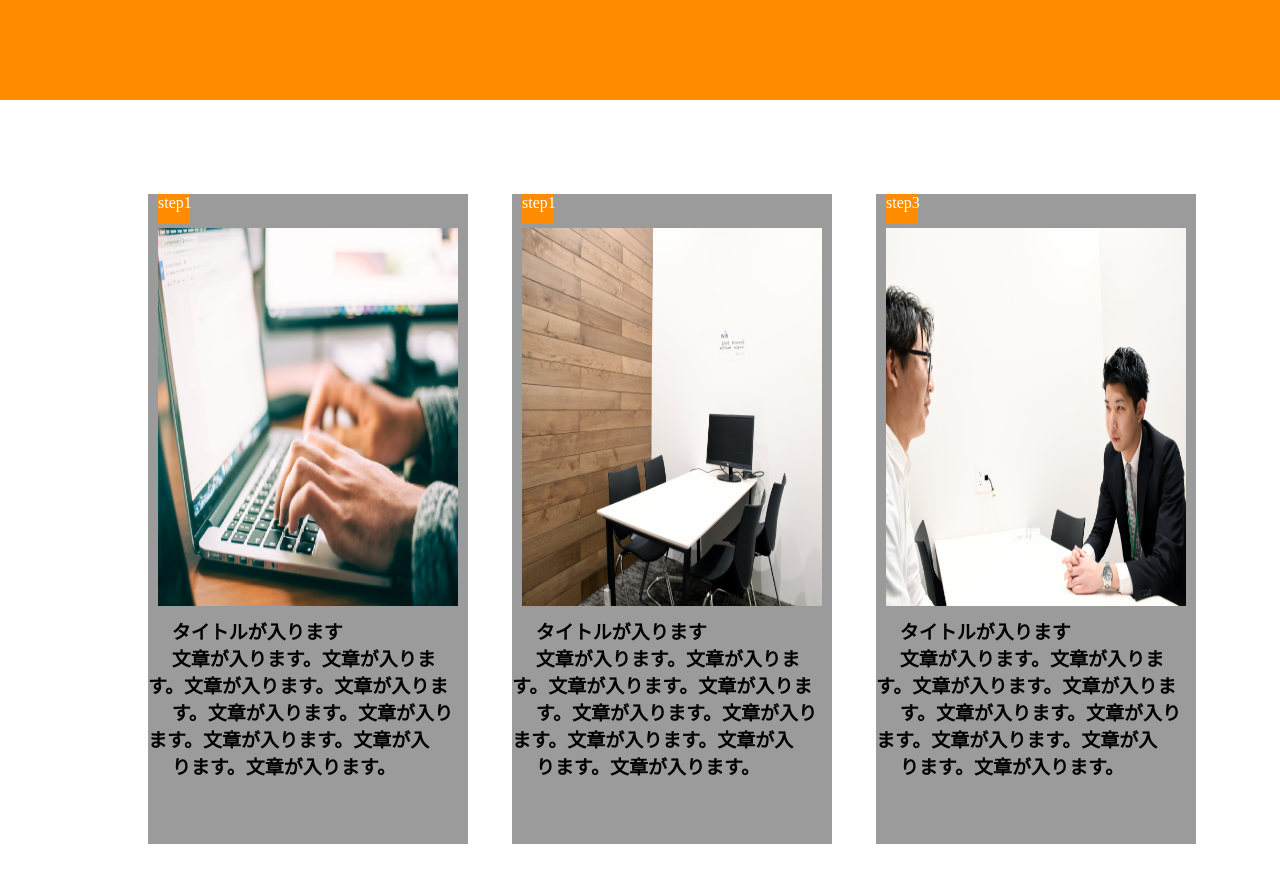
Repository: shiotaryuto/kadai1-10
Page: 課題/課題.html
The author's editor kept a record of every edit. The page is drawn from the files as they stood at one moment, then again after the next edit.
The browser window is 1280 px wide. The pictures show the whole page.
Some web libraries are served in a nearby version.

Above is the page before.

### 課題/課題.html
<!DOCTYPE html>
<html lang="ja">
  <head>
    <meta charset="UTF-8" />
    <meta name="viewport" content="width=device-width,initial-scale=1.0">
    <script src="https://kit.fontawesome.com/35efbb9d9d.js" crossorigin="anonymous"></script>
    <link rel="stylesheet" href="style.css" />
    <title>課題提出</title>
  </head>

  <body>
    <header></header>

　<main>
　    <div class="step1">
　      <img class="step1-img" src="img/flow01.png" />
　    <div class="step1-heading">step1</div>
　     <div class="step1-item">
　        <h3 class="step1-text-heading">
　          タイトルが入ります</br>
　          文章が入ります。文章が入ります。文章が入ります。文章が入りま
　          す。文章が入ります。文章が入ります。文章が入ります。文章が入
　          ります。文章が入ります。
　          </h2>
　        </h3>
　      </div>
　    </div>

　     <div class="step2">
　      <img class="step2-img" src="img/flow02.png" />
　    <div class="step2-heading">step1</div>
　     <div class="step2-item">
　        <h3 class="step2-text-heading">
　          タイトルが入ります</br>
　          文章が入ります。文章が入ります。文章が入ります。文章が入りま
　          す。文章が入ります。文章が入ります。文章が入ります。文章が入
　          ります。文章が入ります。
　          </h2>
　        </h3>
　      </div>
　    </div>

　     <div class="step3">
　      <img class="step3-img" src="img/flow03.png" />
　    <div class="step3-heading">step3</div>
　     <div class="step3-item">
　        <h3 class="step3-text-heading">
　          タイトルが入ります</br>
　          文章が入ります。文章が入ります。文章が入ります。文章が入りま
　          す。文章が入ります。文章が入ります。文章が入ります。文章が入
　          ります。文章が入ります。
　          </h2>
　        </h3>
　      </div>
　    </div>


　</main>
  </body>

### 課題/style.css
* {
  margin: 0;
  padding: 0;
  box-sizing: border-box;
  color: #6c6b6b;
}

a{
  text-decoration: none;
}

header{
  width: 100%;
  padding: 50px;
  background-color: #ff8c00;
}

main{
  width: 100%;
  margin-top: 50px;
  margin-bottom: 50px;
}

.step1{
  position: relative;
  display: inline-block;
  width: 25%;
  height: 650px;
  margin-left: 10%;
text-align: center;
padding: 10px;
  background-color: #9c9b9b;
}
.step1-heading{
  position: absolute;
width: 10%;
height: 30px;
top: 0;
  background-color: #ff8c00;
  color: white;
}

.step1-img{
  width: 100%;
  height: 60%;
}

.step1-item{
 width: 100%;
 left: 0;
}

.step1-text-heading{
  position: absolute;
  text-align: left;
  width: 100%;
  top: 65%;
  left: 0;
  font-size: 19px;
  color: black;
}

.step2{
  position: relative;
  display: inline-block;
  width: 25%;
  height: 650px;
  margin-top: 20px;
text-align: center;
padding: 10px;
  background-color: #9c9b9b;
}

.step2-heading{
  position: absolute;
width: 10%;
height: 30px;
top: 0;
  background-color: #ff8c00;
  color: white;
}

.step2-img{
  width: 100%;
  height: 60%;
}

.step2-item{
 width: 100%;
 left: 0;
}

.step2-text-heading{
  position: absolute;
  text-align: left;
  width: 100%;
  top: 65%;
  left: 0;
  font-size: 19px;
  color: black;
}

.step3{
  position: relative;
  display: inline-block;
  width: 25%;
  height: 650px;
  margin-top: 20px;
text-align: center;
padding: 10px;
  background-color: #9c9b9b;
}

.step3-heading{
  position: absolute;
width: 10%;
height: 30px;
top: 0;
  background-color: #ff8c00;
  color: white;

}

.step3-img{
  width: 100%;
  height: 60%;
}


.step3-item{
 width: 100%;
 left: 0;
}

.step3-text-heading{
  position: absolute;
  text-align: left;
  width: 100%;
  top: 65%;
  left: 0;
  font-size: 19px;
  color: black;
}

p{
  font-size: 30px;
  padding-left: 20px;
  color: black;

}
footer{
  width: 100%;
  padding: 50px;
  background-color: #9c9b9b;
}

@media screen and (max-width:768px){
  header{
    width: 100%;
  }

main{
  width: 100%;
}

.step1{
  width: 80%;
  height: 400px;
  left: 0;
}

.step1-text-heading{
  top: 60%;
  font-size: 15px;
}

.step2{
  width: 80%;
  height: 400px;
  margin-left: 10%;
}

.step2-text-heading{
  top: 60%;
  font-size: 15px;
}

.step3{
  width: 80%;
  height: 400px;
  margin-left: 10%;
}

.step3-text-heading{
  top: 60%;
  font-size: 15px;
}

footer{
  width: 100%;
}

After the next edit:
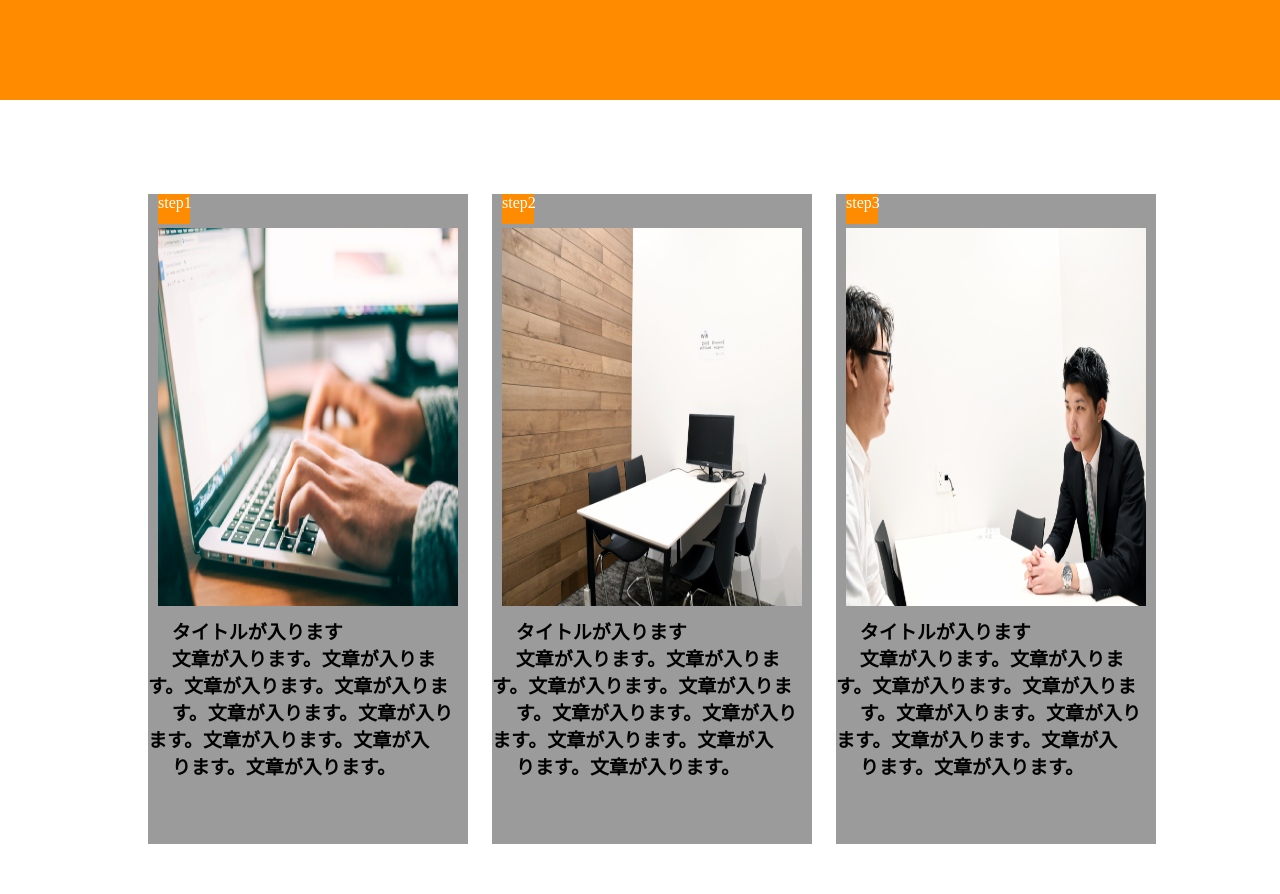
The edit:
--- a/課題/課題.html
+++ b/課題/課題.html
@@ -28,7 +28,7 @@
 
 　     <div class="step2">
 　      <img class="step2-img" src="img/flow02.png" />
-　    <div class="step2-heading">step1</div>
+　    <div class="step2-heading">step2</div>
 　     <div class="step2-item">
 　        <h3 class="step2-text-heading">
 　          タイトルが入ります</br>
